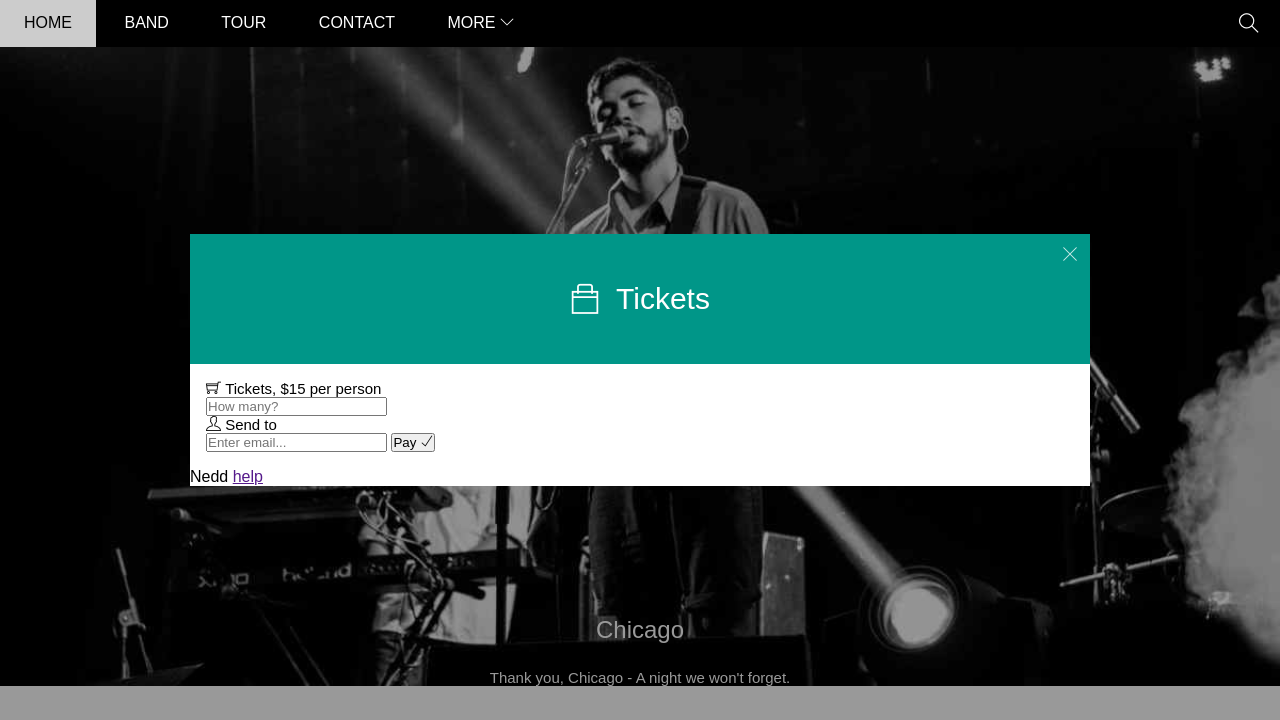
Repository: Thanhtrunghoang123/the-band
Page: index.html
These files come from the project's save history. The page is drawn as it stood at one moment and after the next save; the edit follows.
The browser window is 1280 px wide. The pictures show the window.
A layer covers the whole window, so only the first screen is drawn.

Above is the page before, as saved 2022-07-21 22:11:59.

After the next save:
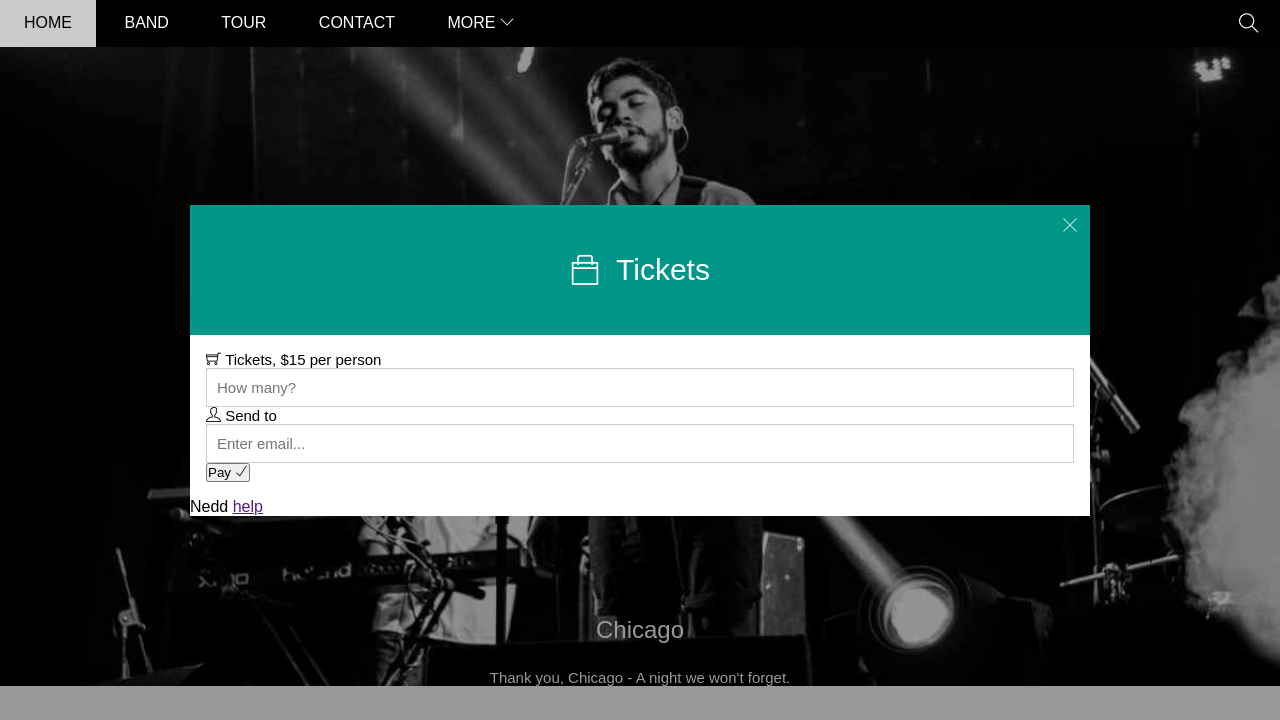
Saved 3 min 3 s later.
--- a/assest/css/style.css
+++ b/assest/css/style.css
@@ -328,6 +328,13 @@
     font-size: 15px;
 }
 
+.modal-input{
+    border: 1px solid #ccc;
+    width: 100%;
+    font-size: 15px;
+    padding: 10px;
+}
+
 #footer{
 
 }
